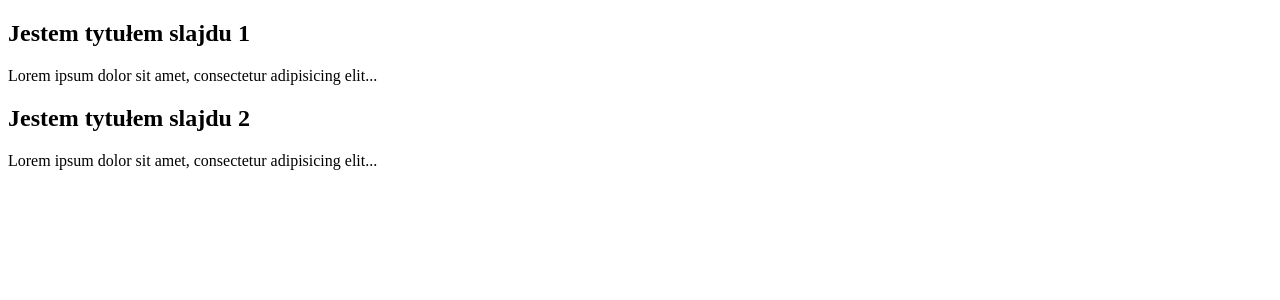
Repository: arcyksionze/zatoka-kamieni
Page: slajder.html
The author's editor kept a copy of each file at every save. The page is drawn from the files as they stood at one save, then again after the next save.
The browser window is 1280 px wide. The pictures show the whole page.

Above is the page before, as saved 2021-04-13 23:47:39.

### slajder.html
<!DOCTYPE html>
<html lang="en">

<head>
  <meta charset="UTF-8">
  <meta http-equiv="X-UA-Compatible" content="IE=edge">
  <meta name="viewport" content="width=device-width, initial-scale=1.0">
  <link rel="stylesheet" href="slajder.css">
  <title>Slajder</title>
</head>

<body>
  <div class="elements-list" id="slider1">

    <article class="element">
      <h2 class="element-title">
        Jestem tytułem slajdu 1
      </h2>
      <div class="element-text">
        Lorem ipsum dolor sit amet, consectetur adipisicing elit...
      </div>
    </article>

    <article class="element">
      <h2 class="element-title">
        Jestem tytułem slajdu 2
      </h2>
      <div class="element-text">
        Lorem ipsum dolor sit amet, consectetur adipisicing elit...
      </div>
    </article>

  </div>
</body>

</html>

Loaded but not shown: slajder.css (no stored copy; drawn as an empty file)

After the next save:
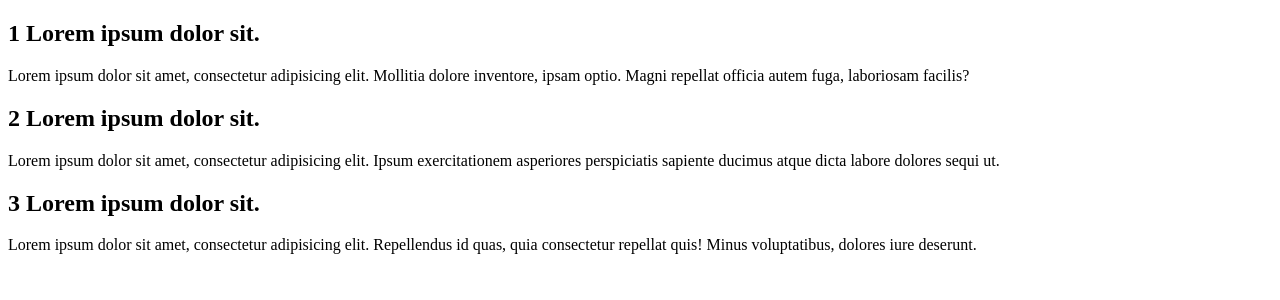
Saved 2 min 5 s later.
--- a/slajder.html
+++ b/slajder.html
@@ -10,27 +10,36 @@
 </head>
 
 <body>
-  <div class="elements-list" id="slider1">
 
-    <article class="element">
+
+<div class="elements-list" id="slider1">
+  <article class="element slider-slide-active">
       <h2 class="element-title">
-        Jestem tytułem slajdu 1
+          1 Lorem ipsum dolor sit.
       </h2>
       <div class="element-text">
-        Lorem ipsum dolor sit amet, consectetur adipisicing elit...
+          Lorem ipsum dolor sit amet, consectetur adipisicing elit. Mollitia dolore inventore, ipsam optio. Magni repellat officia autem fuga, laboriosam facilis?
       </div>
-    </article>
-
-    <article class="element">
+  </article>
+  <article class="element">
       <h2 class="element-title">
-        Jestem tytułem slajdu 2
+          2 Lorem ipsum dolor sit.
       </h2>
       <div class="element-text">
-        Lorem ipsum dolor sit amet, consectetur adipisicing elit...
+          Lorem ipsum dolor sit amet, consectetur adipisicing elit. Ipsum exercitationem asperiores perspiciatis sapiente ducimus atque dicta labore dolores sequi ut.
       </div>
-    </article>
+  </article>
+  <article class="element">
+      <h2 class="element-title">
+          3 Lorem ipsum dolor sit.
+      </h2>
+      <div class="element-text">
+          Lorem ipsum dolor sit amet, consectetur adipisicing elit. Repellendus id quas, quia consectetur repellat quis! Minus voluptatibus, dolores iure deserunt.
+      </div>
+  </article>
+</div>
 
-  </div>
+
 </body>
 
 </html>
